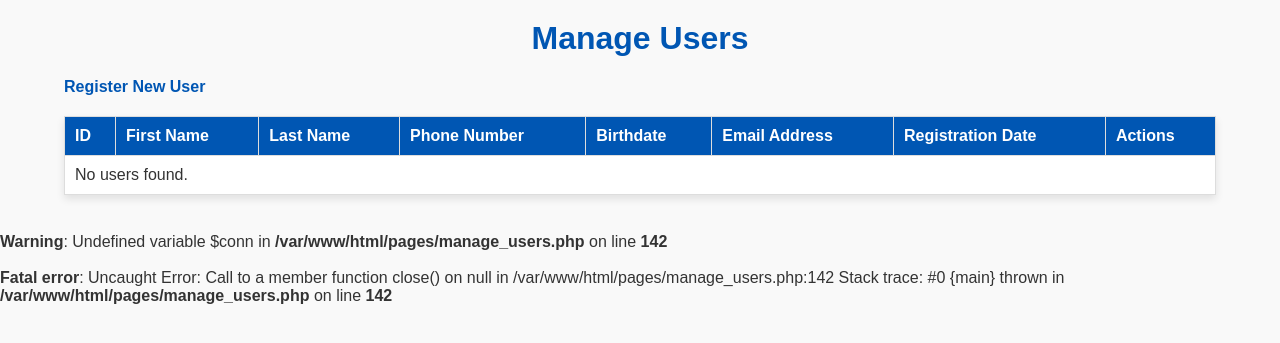
Repository: MeekSharkdev/SoleHub-School-Proj
Page: http://localhost/pages/manage_users.php
These files come from the project's save history. The page is drawn as it stood at one moment and after a run of saves; the edit follows.
The browser window is 1280 px wide. The pictures show the whole page.
The page is run by PHP 8.4 with error messages shown; the project is at /var/www/html/. Queries for data that is not in the repository find no rows.

Above is the page before, as saved 2024-11-26 20:13:12.

After the next 2 saves:
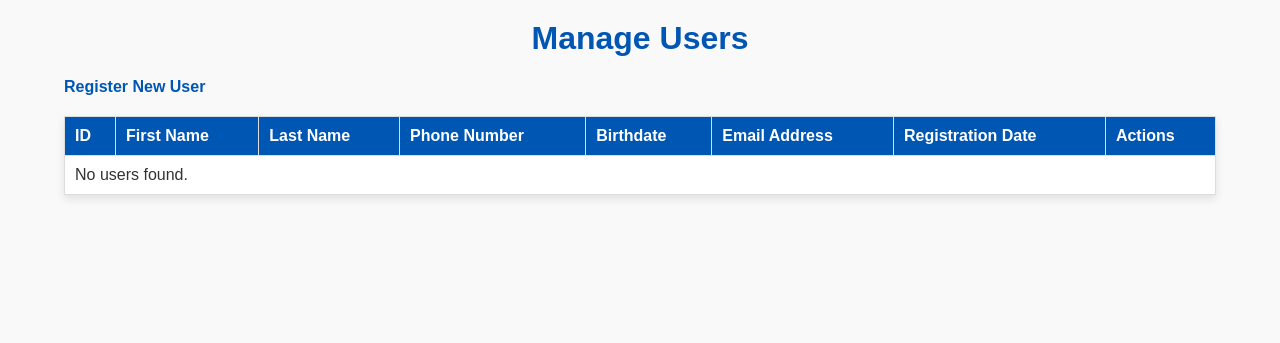
The 2 saves are shown as one change because they came seconds apart.
The last was saved 47 s later.
--- a/pages/manage_users.php
+++ b/pages/manage_users.php
@@ -139,5 +139,5 @@ $result =  mysqli_query($dbc, $query);
 
 <?php
 // Close the database connection
-$conn->close();
+// $conn->close();
 ?>
